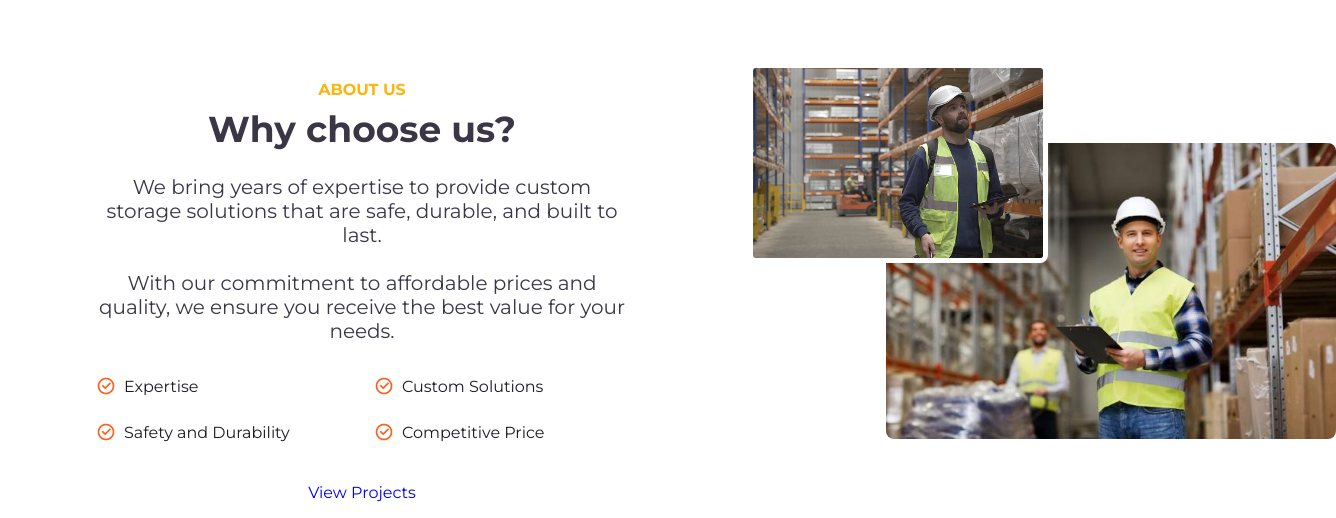
Repository: jahatesu/shelves-and-storage-equipment
Page: index.html
An editor plug-in stored every save of this project. The page is shown before and after the next save, followed by the edit.
The browser window is 1280 px wide. The page is 1336 px wide, then 1280 px, so the pictures cover 1336 px, including what lies to the right of the window. The pictures show the part of the page from y = 720 to 1238 px (the page is 1238 px tall).
Backgrounds fixed to the window are drawn as part of the page. Some web fonts or font styles are not loaded; a fallback is used.

Above is the page before, as saved 2025-01-08 15:44:56.
Console error: TypeError: Cannot read properties of null (reading 'querySelector')

### index.html
<!DOCTYPE html>
<html lang="en">
<head>
    <meta charset="UTF-8">
    <meta name="viewport" content="width=device-width, initial-scale=1.0">
    <!-- Remix Icons -->
    <link rel="stylesheet" href="https://cdnjs.cloudflare.com/ajax/libs/remixicon/4.2.0/remixicon.css">
    <!-- Swiper CSS -->
    <link rel="stylesheet" href="assets\js\swiper-bundle.min.js" />
    <!-- CSS -->
    <link rel="stylesheet" href="style.css">
    <script src="https://cdnjs.cloudflare.com/ajax/libs/jquery/3.7.1/jquery.min.js"></script>
    <title>Shelves and Storage</title>
    <link rel="stylesheet" href="https://fonts.googleapis.com/css?family=Material+Symbols+Rounded&opsz,wght,FILL,GRAD@48,400,0,0" />
</head>

<body>

    <!-- Navigation Bar -->
    <header>
        <div class="logo">
            <img src="assets\images\logo.png" alt="Shelves and Storage Logo">
        </div>

        <div class="navigation">
            <input type="checkbox" id="nav-checkbox">
            <label for="nav-checkbox" class="nav-toggle">
                <i class="ri-menu-fill"></i>
            </label>

            <ul class="nav-menu">
                <li><a href="#">Home</a></li>
                <li><a href="#">About Us</a></li>
                <li><a href="#">Services</a></li>
                <li><a href="#">Products</a></li>
                <li><a href="#">Contact Us</a></li>
            </ul>
        </div>
    </header>

    <!-- Hero Section -->
    <div class="hero">
        <h1 class="animate__animated animate__fadeInDown">Shelves and Storage Equipment</h1>
        <h3 class="animate__animated animate__fadeInUp">Storage and Racking Expert</h3>
    </div>

    <!-- About Section -->
<section class="about section" id="about">
    <div class="about_container container grid">
        <div class="about_data">
            <span class="section_subtitle">ABOUT US</span>
            <h2 class="section_title">Why choose us?</h2>
            <p class="about_description">
                We bring years of expertise to provide custom storage solutions that are safe, durable, and built to last.
                <br><br>With our commitment to affordable prices and quality, we ensure you receive the best value for your needs.
            </p>
            <ul class="about_list grid">
                <li class="about_list-item">
                    <i class="ri-checkbox-circle-line"></i>
                    <span>Expertise</span>
                </li>
                <li class="about_list-item">
                    <i class="ri-checkbox-circle-line"></i>
                    <span>Custom Solutions</span>
                </li>
                <li class="about_list-item">
                    <i class="ri-checkbox-circle-line"></i>
                    <span>Safety and Durability</span>
                </li>
                <li class="about_list-item">
                    <i class="ri-checkbox-circle-line"></i>
                    <span>Competitive Price</span>
                </li>
            </ul>
            <a href="#projects" class="button">View Projects</a>
        </div>
        <div class="about_images">
            <img src="assets/images/about_img1.png" alt="image" class="about_img1">
            <img src="assets/images/about_img2.png" alt="image" class="about_img2">
        </div>
    </div>
</section>

    <!-- JavaScript -->
    <script src="main.js"></script>
</body>
</html>

### style.css
/* Import fonts */
@import url('https://fonts.googleapis.com/css2?family=Montserrat:wght@100..900&family=Open+Sans:ital,wght@0,300..800;1,300..800&display=swap');
@import url('https://cdnjs.cloudflare.com/ajax/libs/animate.css/4.1.1/animate.min.css');

/* root variable css */
:root{
    --header-height: 3.5rem;

    /* colors */
    /* hue, saturation, lightness */
    --first-color: hsl(18, 95%, 55%);
    --second-color: hsl(42, 98%, 52%);
    --first-gradient: linear-gradient(90deg,
                                    hsl(18, 95%, 55%),
                                    hsl(18, 98%, 64%));
    --title-color:hsl(255, 12%, 12%);
    --text-color: hsl(255, 12%, 24%);
    --text-color-light: hsl(255, 4%, 70%);
    --body-color: hsl(0, 0%, 100%);
    --container-color: hsl(0, 0%, 100%);
    --white-color: hsl(0, 0%, 100%);
    --black-color: hsl(255, 20%, 10%);
    --gray-border:hsl(255, 6%, 90%);
    --black-border: hsl(255, 10%, 20%);

    /* fonts and typography */
    /* .5 rem = 8px | 1rem = 16px */

    --body-font:"Montserrat", sans-serif;
    --big-font-size: 2.25rem;
    --h1-font-size: 1.5rem;
    --h2-font-size: 1.25rem;
    --h3-font-size: 1rem;
    --normal-font-size: .938rem;
    --small-font-size: .813rem;

    /* font weight */
    --font-regular: 400;
    --font-medium: 500;
    --font-semibold: 600;
    --font-bold: 700;

    /* z index */
    --z--tooltip: 10;
    --z-fixed: 100;
}

/* responsive typography */
@media screen and (min-width: 1150px) {
    :root{
        --big-font-size: 3.5rem;
        --h1-font-size: 2.25rem;
        --h2-font-size: 1.5rem;
        --h3-font-size: 1.25rem;
        --normal-font-size: 1rem; /* Fixed size for normal font */
        --small-font-size: .875rem; /* Increased small font size */
    }
}

/* Global styles */
* {
  margin: 0;
  padding: 0;
  box-sizing: border-box;
}

body {
    font-family: var(--body-font);
    font-size: var(--normal-font-size);
    background-color: var(--body-color);
    color: var(--text-color);
}

html{
    scroll-behavior: smooth;
}

body, ul, a{
    margin: 0;
    padding: 0;
    font-family: 'Montserrat', sans-serif;
}

/* h1, h2, h3, h4 {
    color: var(--title-color);
    font-weight: var(--font-semi-bold);
    margin: 10px 0;
    line-height: 1.2;
} */

/* Typography scaling for responsiveness */
h1 {
    font-size: 2.5rem; /* Scales with viewport width */
}
h2 {
    font-size: 2rem;
}
h3 {
    font-size: 1.75rem;
}
p {
    font-size: 1rem;
}

/* Media queries for responsiveness */
@media (min-width: 768px) {
    h1 {
        font-size: 3rem;
    }
    h2 {
        font-size: 2.5rem;
    }
    h3 {
        font-size: 2rem;
    }
    p {
        font-size: 1.125rem;
    }
}

@media (min-width: 1024px) {
    h1 {
        font-size: 3.5rem;
    }
    h2 {
        font-size: 3rem;
    }
    h3 {
        font-size: 2.5rem;
    }
    p {
        font-size: 1.25rem;
    }
}

/* General layout for larger screens */
@media (min-width: 1440px) {
    .container {
        padding: 30px;
    }
    h1 {
        font-size: 4rem;
    }
    h2 {
        font-size: 2rem;
    }
    h3 {
        font-size: 3rem;
    }
    p {
        font-size: 1rem;
    }

}

ul{
    list-style: none;
}

a{
    text-decoration: none;
}

img{
    display: block;
    max-width: 100%;
    height: auto;
    object-fit: contain;
}

/* Hide checkbox and toggle button initially */
#nav-checkbox,
.nav-toggle {
  display: none;
}

/* Hero section styles */
.hero {
  background: linear-gradient(rgba(0, 0, 0, 0.8), rgba(0, 0, 0, 0.6)),
    url("heroBG.jpg") no-repeat fixed bottom / cover;
  min-height: 100vh;
  display: flex;
  flex-direction: column;
  justify-content: center;
  align-items: center;
  text-align: center;
  /* width: 100%; */
}

.hero h1 {
  color: hsl(233, 39%, 23%);
  font-size: 60px;
  line-height: 1;
  text-shadow:
    0.5px 0.5px 0px #fff, /* Bottom-right shadow */
    -0.5px 0.5px 0px #fff, /* Bottom-left shadow */
    0.5px -0.5px 0px #fff, /* Top-right shadow */
    -0.5px -0.5px 0px #fff; /* Top-left shadow */
}

.hero h3 {
  color: #ffffff;
  /* position: static; */
  font-size: 26px;
  font-weight: normal;
  margin: 15px 0;
  line-height: 1;
  text-shadow:
    0.3px 0.3px 0px #fff, /* Bottom-right shadow */
    -0.3px 0.3px 0px #fff, /* Bottom-left shadow */
    0.3px -0.3px 0px #fff, /* Top-right shadow */
    -0.3px -0.3px 0px #fff; /* Top-left shadow */
}

/* Header styles */
header {
  position: fixed;
  top: 0;
  left: 0;
  width: 100%;
  display: flex;
  align-items: center;
  justify-content: space-around;
  padding: 20px 0;
  transition: background-color 0.5s ease;
  z-index: 1;
}

.logo h2 {
  color: #fff;
  text-transform: uppercase;
  font-weight: normal;
}

/* Navigation menu styles */
.nav-menu {
  display: flex;
  list-style: none;
}

.nav-menu li {
  display: inline-block;
}

.nav-menu li a {
  color: #fff;
  text-decoration: none;
  font-size: 1.2rem;
  padding: 0 15px;
}

.nav-menu li a:hover {
  color: hsl(18, 84%, 44%);
}

.active {
  background: hsl(18, 84%, 44%);
}

.active a:hover {
  color: #fff !important;
  text-decoration: underline;
}

.nav-toggle {
  display: none;
  font-size: 2rem;
  cursor: pointer;
  color: white;
}

/* Responsive menu styles */
@media (max-width: 768px) {
    .nav-menu {
        display: none;
        flex-direction: column;
        position: absolute;
        top: 60px;
        right: 20px;
        background-color: rgba(0, 0, 0, 0.9);
        border-radius: 8px;
        padding: 10px;
    }

    .nav-menu li {
        margin: 10px 0;
    }

    .nav-menu li a {
        font-size: 1.2rem;
    }

    .nav-toggle {
        display: block;
    }

    #nav-checkbox:checked ~ .nav-menu {
        display: flex;
    }

    header {
        justify-content: space-between;
        padding: 10px 20px;
    }
}

.logo img {
    max-width: 250px;
    height: auto;
    display: block;
    transition: all 0.3s ease;
}

/* Adjust logo size for smaller screens */
@media (max-width: 768px) {
    .logo img {
        max-width: 150px; /* Smaller logo for mobile */
        padding-top: 20px;
    }
}

/* About Section */
.container {
    max-width: 1120px;
    margin: 0 auto;
    padding: 0 1rem;
}

.grid {
    display: grid;
    gap: 1.5rem;
}

.section {
    padding-block: 5rem 1rem;
}

.section_title {
    text-align: center;
    font-size: var(--h1-font-size);
    font-weight: var(--font-bold);
    margin-bottom: 1.5rem;
}

.section_subtitle {
    display: block;
    text-align: center;
    font-size: var(--normal-font-size);
    font-weight: var(--font-bold);
    color: var(--second-color);
    margin-bottom: .5rem;
}

.about_container {
    row-gap: 8rem;
    display: grid;
    grid-template-columns: 1fr;
}

.about_data {
    text-align: center;
}

.about_description {
    margin-bottom: 2rem;
}

.about_list {
    display: grid;
    grid-template-columns: repeat(2, 1fr);
    justify-content: center;
    gap: 1.5rem;
    margin-bottom: 2.5rem;
}

.about_list-item {
    display: flex;
    align-items: center;
    gap: .5rem;
    color: var(--title-color);
}

.about_list-item i {
    font-size: 1.25rem;
    color: var(--first-color);
}

.about_images {
    display: flex;
    justify-content: center;
    gap: 1rem;
    position: relative;
}

.about_img1, .about_img2 {
    max-width: 100%;
    height: auto;
    border-radius: .5rem;
}

.about_img1 {
    width: 300px;
    border: 5px solid var(--body-color);
    position: absolute;
    top: -5rem;
    left: 6rem;
}

.about_img2 {
    width: 450px;
    margin-right: -9.5rem;
}

/* Responsive Design */
@media (min-width: 768px) {
    .about_container {
        grid-template-columns: 1fr 1fr;
        align-items: center;
    }

    .about_images {
        justify-content: flex-end;
    }
}

### main.js
$(document).ready(function() {
  $(window).bind('scroll', function(){
    var gap = 50;
    if ($(window).scrollTop() > gap) {
      $('header').addClass('active');
    } else {
      $('header').removeClass('active');
    }
  });
});

document.addEventListener('DOMContentLoaded', function () {
  const navToggle = document.querySelector('.nav-toggle');
  const navMenu = document.querySelector('.nav-menu');

  navToggle.addEventListener('click', function () {
      navMenu.classList.toggle('show-menu');
  });
});

const initSlider = () => {
  const imageList = document.querySelector(".slider-wrapper .image-list");
  const slideButtons = document.querySelectorAll(".slider-wrapper .slide-button");
  const sliderScrollbar = document.querySelector(".container .slider-scrollbar");
  const scrollbarThumb = sliderScrollbar.querySelector(".scrollbar-thumb");
  const maxScrollLeft = imageList.scrollWidth - imageList.clientWidth;

  // Slide images according to the slide button clicks
  slideButtons.forEach(button => {
      button.addEventListener("click", () => {
          const direction = button.id === "prev-slide" ? -1 : 1;
          const scrollAmount = imageList.clientWidth * direction;
          imageList.scrollBy({ left: scrollAmount, behavior: "smooth" });
      });
  });

  const handleSlideButtons = () =>{
      slideButtons[0].computedStyleMap.display = imageList.scrollLeft <= 0 ? "none" : "block";
      slideButtons[1].computedStyleMap.display = imageList.scrollLeft >= maxScrollLeft ? "none" : "block";
  }

  //update scroll bar position
  const updateScrollThumbPosition = () => {
      const scrollPosition = imageList.scrollLeft;
      const thumbPosition = (scrollPosition / maxScrollLeft) * (sliderScrollbar.clientWidth - scrollbarThumb .offsetWidth);
      scrollbarThumb.style.left = `${thumbPosition}px`;
  }

  imageList.addEventListener("scroll", () => {
      handleSlideButtons();
      updateScrollThumbPosition();
  });
};

window.addEventListener("load", initSlider);

Loaded but not shown: assets/js/swiper-bundle.min.js (library)

After the next save:
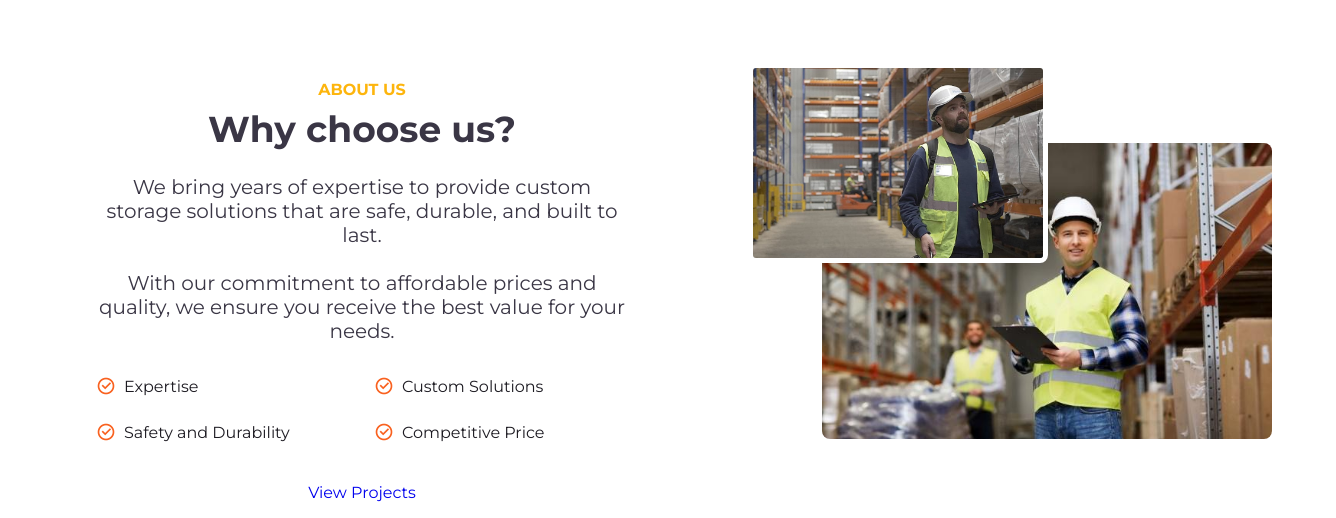
Saved 4 s later.
--- a/style.css
+++ b/style.css
@@ -408,7 +408,7 @@ header {
 
 .about_img2 {
     width: 450px;
-    margin-right: -9.5rem;
+    margin-right: -5.5rem;
 }
 
 /* Responsive Design */
